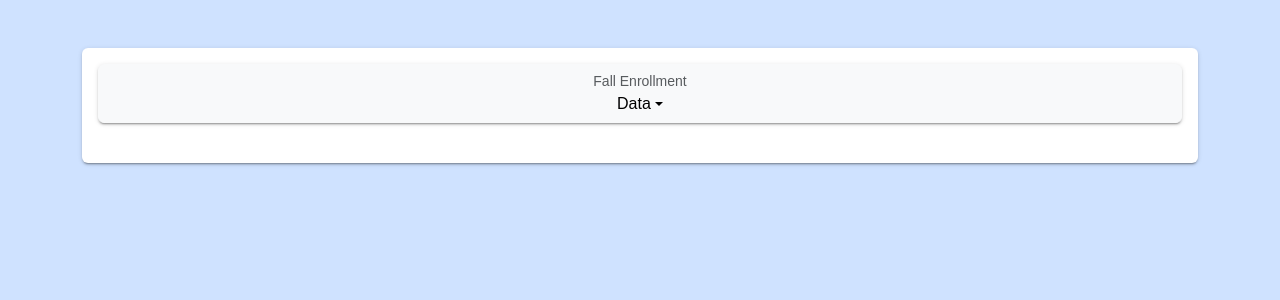
Repository: chancellor-w-whitaker/trying-context
Page: /
These files come from the project's save history. The page is drawn as it stood at one moment and after a run of saves; the edit follows.
The browser window is 1280 px wide. The pictures show the whole page.
The page's requests for data from a server got no answer. Some web fonts or font styles are not loaded; a fallback is used. The project was rebuilt for these pictures with package versions that can differ from the ones it lists, and the page was loaded fresh each time. No one was signed in, and anything a server would have sent is missing. Also part of the build but not shown: vite.config.js.

Above is the page before, as saved 2024-01-14 16:38:08.

### src/main.jsx
// Bootstrap Bundle JS
import "bootstrap/dist/js/bootstrap.bundle.min";
// Bootstrap CSS
import "bootstrap/dist/css/bootstrap.min.css";
import ReactDOM from "react-dom/client";
import React from "react";

import { AppContextProvider } from "./AppContextProvider.jsx";
import { Container } from "./components/Container.jsx";
import App from "./App.jsx";
import "./index.css";

ReactDOM.createRoot(document.getElementById("root")).render(
  <React.StrictMode>
    <Container>
      <AppContextProvider>
        <App />
      </AppContextProvider>
    </Container>
  </React.StrictMode>
);

### src/AppContextProvider.jsx
import { startTransition, useCallback, useState, useMemo } from "react";

import { comparePreviousColumnFilters } from "./functions/comparePreviousColumnFilters";
import { returnColsWithValuesAndType } from "./functions/returnColsWithValuesAndType";
import { buildRelevantColumnFilters } from "./functions/buildRelevantColumnFilters";
import { useBodyBgVariant } from "./hooks/useBodyBgVariant";
import { AppContext } from "./contexts/AppContext";
import { fileNames } from "./constants/fileNames";
import { useJSON } from "./hooks/useJSON";

export const AppContextProvider = ({ children }) => {
  const value = useProvideGlobally();

  return <AppContext.Provider value={value}>{children}</AppContext.Provider>;
};

const useProvideGlobally = () => {
  useBodyBgVariant("primary-subtle");

  const [fileName, setFileName] = useState(fileNames[0].id);
  const [columnFilters, setColumnFilters] = useState({});

  const onFileChange = useCallback(
    ({ target: { value } }) => startTransition(() => setFileName(value)),
    [setFileName]
  );

  const onColumnFilterChange = useCallback(
    ({ target: { name: field, value } }) =>
      startTransition(() =>
        setColumnFilters((previousState) => {
          // destructure top object (looks like { field1: {}, field2: {}, ... })
          const nextState = { ...previousState };
          // destructure field object (looks like { checklist: {}, relevant })
          nextState[field] = { ...nextState[field] };
          // destructure checklist (looks like { value1: {}, value2: {}, ... })
          nextState[field].checklist = { ...nextState[field].checklist };

          const { relevant, checked } = nextState[field].checklist[value];
          // create new object for value and flip checked state
          nextState[field].checklist[value] = { checked: !checked, relevant };

          return nextState;
        })
      ),
    []
  );

  const onBeforeEnd = useCallback((json, setResult) => {
    const columns = returnColsWithValuesAndType(json);

    setColumnFilters((previousColumnFilters) => {
      const relevantColumnFilters = buildRelevantColumnFilters(columns);

      comparePreviousColumnFilters(
        previousColumnFilters,
        relevantColumnFilters
      );

      return relevantColumnFilters;
    });

    // object that maps key (field) to checklist
    // checklist: { type, list }
    // field (string)
    // type (string) ("checkbox" or "radio")
    // list: [{}, {}, {}] (or what about an object that maps value to item state? that might solve indexing issues deriving from managing arrays in state)
    // list element: { value, checked, disabled (or relevant, or just something to describe relevance to dataset) }

    // in the future, may need something to describe relevance to filtered dataset
    // remember, this operation doesn't have to be run until you close (or maybe even open) a checklist
    // and what about sorting a list by relevance when opening a checklist? should this be a stateful or visual operation?
    // making it stateful would probably make updating the state of the item easier because the item's index in the list wouldn't change

    setResult(json);
  }, []);

  const data = useJSON(`data/${fileName}.json`, onBeforeEnd);

  const dropdownMenuStyle = useMemo(() => ({ maxHeight: 300 }), []);

  return {
    onColumnFilterChange,
    dropdownMenuStyle,
    columnFilters,
    onFileChange,
    fileName,
    data,
  };
};

### src/components/Container.jsx
export const Container = ({ children }) => {
  return (
    <>
      <main className="container">
        <div className="my-3 p-3 bg-body rounded shadow-sm">{children}</div>
      </main>
    </>
  );
};

### src/App.jsx
import {
  DropdownButton,
  ListGroupItem,
  DropdownMenu,
  ListGroup,
  Dropdown,
} from "./components/ListComps";
import { useAppContext } from "./hooks/useAppContext";
import { toTitleCase } from "./functions/toTitleCase";
import { fileNames } from "./constants/fileNames";
import "./App.css";

const App = () => {
  const {
    onColumnFilterChange,
    dropdownMenuStyle,
    columnFilters,
    onFileChange,
    fileName,
  } = useAppContext();

  return (
    <>
      <div className="d-flex flex-column gap-4">
        <div className="d-flex flex-wrap gap-3">
          <Dropdown className="col">
            <DropdownButton
              data-bs-auto-close="outside"
              className="w-100 shadow-sm"
              variant="light"
            >
              <small className="d-block text-body-secondary">
                {fileNames.find(({ id }) => id === fileName).displayName}
              </small>
              <span className="dropdown-toggle d-flex align-items-center justify-content-center">
                Data
              </span>
              {/* <span>
                <span className="dropdown-toggle d-flex align-items-center justify-content-center">
                  Data
                </span>
                <small className="d-block text-body-secondary">
                  {fileNames.find(({ id }) => id === fileName).displayName}
                </small>
              </span> */}
            </DropdownButton>
            <DropdownMenu
              className="shadow-sm overflow-y-scroll"
              style={dropdownMenuStyle}
            >
              <ListGroup className="list-group-flush">
                {fileNames.map(({ displayName, id }) => (
                  <ListGroupItem
                    checked={id === fileName}
                    onChange={onFileChange}
                    className="border-0"
                    type="radio"
                    name="file"
                    value={id}
                    key={id}
                  >
                    {displayName}
                  </ListGroupItem>
                ))}
              </ListGroup>
            </DropdownMenu>
          </Dropdown>
        </div>
        <div className="d-flex flex-wrap gap-3">
          {Object.entries(columnFilters).map(
            ([field, { relevant: fieldRelevance, checklist }]) =>
              fieldRelevance && (
                <Dropdown className="col" key={field}>
                  <DropdownButton
                    className="w-100 shadow-sm d-flex align-items-center justify-content-center"
                    data-bs-auto-close="outside"
                    variant="light"
                  >
                    {toTitleCase(field)}
                  </DropdownButton>
                  <DropdownMenu
                    className="shadow-sm overflow-y-scroll"
                    style={dropdownMenuStyle}
                  >
                    <ListGroup className="list-group-flush">
                      {Object.entries(checklist).map(
                        ([value, { relevant: valueRelevance, checked }]) => (
                          <ListGroupItem
                            className={`border-0${
                              !valueRelevance ? " opacity-50" : ""
                            }`}
                            onChange={onColumnFilterChange}
                            checked={checked}
                            type="checkbox"
                            value={value}
                            name={field}
                            key={value}
                          >
                            {value}
                          </ListGroupItem>
                        )
                      )}
                    </ListGroup>
                  </DropdownMenu>
                </Dropdown>
              )
          )}
        </div>
      </div>
    </>
  );
};

export default App;

### src/index.css
@font-face {
  font-family: poppins;
  font-style: normal;
  font-weight: 400;
  src: local("Poppins"),
    url(https://fonts.cdnfonts.com/s/16009/Poppins-Regular.woff) format("woff");
}
@font-face {
  font-family: poppins;
  font-style: normal;
  font-weight: 400;
  src: local("Poppins"),
    url(https://fonts.cdnfonts.com/s/16009/Poppins-Regular.woff) format("woff");
}
@font-face {
  font-family: poppins;
  font-style: italic;
  font-weight: 400;
  src: local("Poppins"),
    url(https://fonts.cdnfonts.com/s/16009/Poppins-Italic.woff) format("woff");
}
@font-face {
  font-family: poppins;
  font-style: italic;
  font-weight: 400;
  src: local("Poppins"),
    url(https://fonts.cdnfonts.com/s/16009/Poppins-Italic.woff) format("woff");
}
@font-face {
  font-family: poppins;
  font-style: normal;
  font-weight: 250;
  src: local("Poppins"),
    url(https://fonts.cdnfonts.com/s/16009/Poppins-Thin.woff) format("woff");
}
@font-face {
  font-family: poppins;
  font-style: normal;
  font-weight: 250;
  src: local("Poppins"),
    url(https://fonts.cdnfonts.com/s/16009/Poppins-Thin.woff) format("woff");
}
@font-face {
  font-family: poppins;
  font-style: italic;
  font-weight: 250;
  src: local("Poppins"),
    url(https://fonts.cdnfonts.com/s/16009/Poppins-ThinItalic.woff)
      format("woff");
}
@font-face {
  font-family: poppins;
  font-style: italic;
  font-weight: 250;
  src: local("Poppins"),
    url(https://fonts.cdnfonts.com/s/16009/Poppins-ThinItalic.woff)
      format("woff");
}
@font-face {
  font-family: poppins;
  font-style: normal;
  font-weight: 275;
  src: local("Poppins"),
    url(https://fonts.cdnfonts.com/s/16009/Poppins-ExtraLight.woff)
      format("woff");
}
@font-face {
  font-family: poppins;
  font-style: normal;
  font-weight: 275;
  src: local("Poppins"),
    url(https://fonts.cdnfonts.com/s/16009/Poppins-ExtraLight.woff)
      format("woff");
}
@font-face {
  font-family: poppins;
  font-style: italic;
  font-weight: 275;
  src: local("Poppins"),
    url(https://fonts.cdnfonts.com/s/16009/Poppins-ExtraLightItalic.woff)
      format("woff");
}
@font-face {
  font-family: poppins;
  font-style: italic;
  font-weight: 275;
  src: local("Poppins"),
    url(https://fonts.cdnfonts.com/s/16009/Poppins-ExtraLightItalic.woff)
      format("woff");
}
@font-face {
  font-family: poppins;
  font-style: normal;
  font-weight: 300;
  src: local("Poppins"),
    url(https://fonts.cdnfonts.com/s/16009/Poppins-Light.woff) format("woff");
}
@font-face {
  font-family: poppins;
  font-style: normal;
  font-weight: 300;
  src: local("Poppins"),
    url(https://fonts.cdnfonts.com/s/16009/Poppins-Light.woff) format("woff");
}
@font-face {
  font-family: poppins;
  font-style: italic;
  font-weight: 300;
  src: local("Poppins"),
    url(https://fonts.cdnfonts.com/s/16009/Poppins-LightItalic.woff)
      format("woff");
}
@font-face {
  font-family: poppins;
  font-style: italic;
  font-weight: 300;
  src: local("Poppins"),
    url(https://fonts.cdnfonts.com/s/16009/Poppins-LightItalic.woff)
      format("woff");
}
@font-face {
  font-family: poppins;
  font-style: normal;
  font-weight: 500;
  src: local("Poppins"),
    url(https://fonts.cdnfonts.com/s/16009/Poppins-Medium.woff) format("woff");
}
@font-face {
  font-family: poppins;
  font-style: normal;
  font-weight: 500;
  src: local("Poppins"),
    url(https://fonts.cdnfonts.com/s/16009/Poppins-Medium.woff) format("woff");
}
@font-face {
  font-family: poppins;
  font-style: italic;
  font-weight: 500;
  src: local("Poppins"),
    url(https://fonts.cdnfonts.com/s/16009/Poppins-MediumItalic.woff)
      format("woff");
}
@font-face {
  font-family: poppins;
  font-style: italic;
  font-weight: 500;
  src: local("Poppins"),
    url(https://fonts.cdnfonts.com/s/16009/Poppins-MediumItalic.woff)
      format("woff");
}
@font-face {
  font-family: poppins;
  font-style: normal;
  font-weight: 600;
  src: local("Poppins"),
    url(https://fonts.cdnfonts.com/s/16009/Poppins-SemiBold.woff) format("woff");
}
@font-face {
  font-family: poppins;
  font-style: normal;
  font-weight: 600;
  src: local("Poppins"),
    url(https://fonts.cdnfonts.com/s/16009/Poppins-SemiBold.woff) format("woff");
}
@font-face {
  font-family: poppins;
  font-style: italic;
  font-weight: 600;
  src: local("Poppins"),
    url(https://fonts.cdnfonts.com/s/16009/Poppins-SemiBoldItalic.woff)
      format("woff");
}
@font-face {
  font-family: poppins;
  font-style: italic;
  font-weight: 600;
  src: local("Poppins"),
    url(https://fonts.cdnfonts.com/s/16009/Poppins-SemiBoldItalic.woff)
      format("woff");
}
@font-face {
  font-family: poppins;
  font-style: normal;
  font-weight: 700;
  src: local("Poppins"),
    url(https://fonts.cdnfonts.com/s/16009/Poppins-Bold.woff) format("woff");
}
@font-face {
  font-family: poppins;
  font-style: normal;
  font-weight: 700;
  src: local("Poppins"),
    url(https://fonts.cdnfonts.com/s/16009/Poppins-Bold.woff) format("woff");
}
@font-face {
  font-family: poppins;
  font-style: italic;
  font-weight: 700;
  src: local("Poppins"),
    url(https://fonts.cdnfonts.com/s/16009/Poppins-BoldItalic.woff)
      format("woff");
}
@font-face {
  font-family: poppins;
  font-style: italic;
  font-weight: 700;
  src: local("Poppins"),
    url(https://fonts.cdnfonts.com/s/16009/Poppins-BoldItalic.woff)
      format("woff");
}
@font-face {
  font-family: poppins;
  font-style: normal;
  font-weight: 800;
  src: local("Poppins"),
    url(https://fonts.cdnfonts.com/s/16009/Poppins-ExtraBold.woff)
      format("woff");
}
@font-face {
  font-family: poppins;
  font-style: normal;
  font-weight: 800;
  src: local("Poppins"),
    url(https://fonts.cdnfonts.com/s/16009/Poppins-ExtraBold.woff)
      format("woff");
}
@font-face {
  font-family: poppins;
  font-style: italic;
  font-weight: 800;
  src: local("Poppins"),
    url(https://fonts.cdnfonts.com/s/16009/Poppins-ExtraBoldItalic.woff)
      format("woff");
}
@font-face {
  font-family: poppins;
  font-style: italic;
  font-weight: 800;
  src: local("Poppins"),
    url(https://fonts.cdnfonts.com/s/16009/Poppins-ExtraBoldItalic.woff)
      format("woff");
}
@font-face {
  font-family: poppins;
  font-style: normal;
  font-weight: 900;
  src: local("Poppins"),
    url(https://fonts.cdnfonts.com/s/16009/Poppins-Black.woff) format("woff");
}
@font-face {
  font-family: poppins;
  font-style: normal;
  font-weight: 900;
  src: local("Poppins"),
    url(https://fonts.cdnfonts.com/s/16009/Poppins-Black.woff) format("woff");
}
@font-face {
  font-family: poppins;
  font-style: italic;
  font-weight: 900;
  src: local("Poppins"),
    url(https://fonts.cdnfonts.com/s/16009/Poppins-BlackItalic.woff)
      format("woff");
}
@font-face {
  font-family: poppins;
  font-style: italic;
  font-weight: 900;
  src: local("Poppins"),
    url(https://fonts.cdnfonts.com/s/16009/Poppins-BlackItalic.woff)
      format("woff");
}

:root,
[data-bs-theme="light"] {
  --bs-font-sans-serif: "Poppins", sans-serif;

  --bs-box-shadow: 0px 3px 3px -2px rgba(0, 0, 0, 0.2),
    0px 3px 4px 0px rgba(0, 0, 0, 0.14), 0px 1px 8px 0px rgba(0, 0, 0, 0.12);
  --bs-box-shadow-sm: 0px 3px 1px -2px rgba(0, 0, 0, 0.2),
    0px 2px 2px 0px rgba(0, 0, 0, 0.14), 0px 1px 5px 0px rgba(0, 0, 0, 0.12);
  --bs-box-shadow-lg: 0px 2px 4px -1px rgba(0, 0, 0, 0.2),
    0px 4px 5px 0px rgba(0, 0, 0, 0.14), 0px 1px 10px 0px rgba(0, 0, 0, 0.12);
}

body {
  overflow-y: scroll;
}

.hide-dropdown-toggle::after {
  display: none;
}

### src/functions/comparePreviousColumnFilters.js
export const comparePreviousColumnFilters = (previousState, nextState) => {
  Object.entries(previousState).forEach(([field, { checklist }]) => {
    if (!(field in nextState)) {
      nextState[field] = {
        checklist: Object.fromEntries(
          Object.entries(checklist).map(([value, { checked }]) => [
            value,
            { relevant: false, checked },
          ])
        ),
        relevant: false,
      };
    } else {
      Object.entries(checklist).forEach(([value, { checked }]) => {
        const nextChecklist = nextState[field].checklist;

        if (value in nextChecklist) {
          nextChecklist[value].checked = checked;
        } else {
          nextChecklist[value] = { relevant: false, checked };
        }
      });
    }
  });
};

### src/functions/returnColsWithValuesAndType.js
const loopDataAndDeriveColProperties = (data) => {
  const fieldToColumn = {};

  data.forEach((row) => {
    Object.keys(row).forEach((field) => {
      if (!(field in fieldToColumn)) {
        fieldToColumn[field] = { values: new Set(), types: {} };
      }

      const { values, types } = fieldToColumn[field];

      const value = row[field];
      values.add(value);

      const type = typeof value;
      if (!(type in types)) types[type] = 0;
      types[type] += 1;
    });
  });

  return fieldToColumn;
};

export const returnColsWithValuesAndType = (data) => {
  const fieldToColumn = loopDataAndDeriveColProperties(data);

  return Object.entries(fieldToColumn).map(([field, { values, types }]) => ({
    type: Object.entries(types)
      .sort((arrA, arrB) => arrB[1] - arrA[1])
      .find(([type]) => type === "string" || type === "number")[0],
    values: [...values].sort(),
    field,
  }));
};

### src/functions/buildRelevantColumnFilters.js
export const buildRelevantColumnFilters = (columns) => {
  return Object.fromEntries(
    columns
      .filter(({ type }) => type === "string")
      .map(({ values, field }) => [
        field,
        {
          checklist: Object.fromEntries(
            values.map((value) => [value, { relevant: true, checked: true }])
          ),
          relevant: true,
        },
      ])
  );
};

### src/hooks/useBodyBgVariant.jsx
import { useEffect } from "react";

export const useBodyBgVariant = (variant) => {
  useEffect(() => {
    document.body.classList.add(`bg-${variant}`);

    return () => {
      document.body.classList.remove(`bg-${variant}`);
    };
  }, [variant]);
};

### src/constants/fileNames.js
export const fileNames = [
  { displayName: "Fall Enrollment", id: "fall" },
  { displayName: "Spring Enrollment", id: "spring" },
  { displayName: "Summer Enrollment", id: "summer" },
  { displayName: "Degrees Awarded", id: "degrees" },
  { displayName: "Retention Rates", id: "retention" },
  { displayName: "Graduation Rates", id: "graduation" },
  { displayName: "Credit Hours", id: "hours" },
];

### src/hooks/useJSON.jsx
import { useEffect } from "react";
import { useState } from "react";

export const useJSON = (url, onBeforeEnd) => {
  const [result, setResult] = useState(null);

  useEffect(() => {
    if (url) {
      let ignore = false;

      fetch(url)
        .then((response) => response.json())
        .then((json) => {
          if (!ignore) {
            typeof onBeforeEnd === "function"
              ? onBeforeEnd(json, setResult)
              : setResult(json);
          }
        });

      return () => {
        ignore = true;
      };
    }
  }, [url, onBeforeEnd]);

  return result;
};

### src/components/ListComps.jsx
import { memo } from "react";

export const Dropdown = ({ className = "", ...rest }) => {
  return (
    <>
      <div className={`dropdown ${className}`.trimEnd()} {...rest}></div>
    </>
  );
};

export const DropdownButton = memo(
  ({ variant = "secondary", className = "", ...rest }) => {
    return (
      <>
        <button
          className={`btn btn-${variant} hide-dropdown-toggle dropdown-toggle ${className}`.trimEnd()}
          {...rest}
          data-bs-toggle="dropdown"
          aria-expanded="false"
          type="button"
        ></button>
      </>
    );
  }
);

DropdownButton.displayName = "DropdownButton";

export const DropdownToggle = ({ className = "", ...rest }) => {
  return (
    <>
      <span
        className={`dropdown-toggle d-flex align-items-center justify-content-center ${className}`.trimEnd()}
        {...rest}
      ></span>
    </>
  );
};

export const DropdownMenu = ({ className = "", ...rest }) => {
  return (
    <>
      <ul className={`dropdown-menu ${className}`.trimEnd()} {...rest}></ul>
    </>
  );
};

export const ListGroup = ({ className = "", ...rest }) => {
  return (
    <>
      <div className={`list-group ${className}`.trimEnd()} {...rest}></div>
    </>
  );
};

export const ListGroupItem = memo(
  ({
    type = "checkbox",
    className = "",
    onChange,
    children,
    checked,
    value,
    name,
  }) => {
    return (
      <>
        <label
          className={`list-group-item d-flex gap-2 ${className}`.trimEnd()}
        >
          <input
            className="form-check-input flex-shrink-0"
            {...{ onChange, checked, value, type, name }}
          />
          <span>{children}</span>
        </label>
      </>
    );
  }
);

ListGroupItem.displayName = "ListGroupItem";

### src/hooks/useAppContext.jsx
import { useContext } from "react";

import { AppContext } from "../contexts/AppContext";

export const useAppContext = () => useContext(AppContext);

### src/functions/toTitleCase.js
import { Str } from "@supercharge/strings";

export const toTitleCase = (string) => Str(string).pascal().words().join(" ");

Loaded but not shown: index.html (common file); src/contexts/AppContext.jsx (common file); src/App.css (common file)

After the next 2 saves:
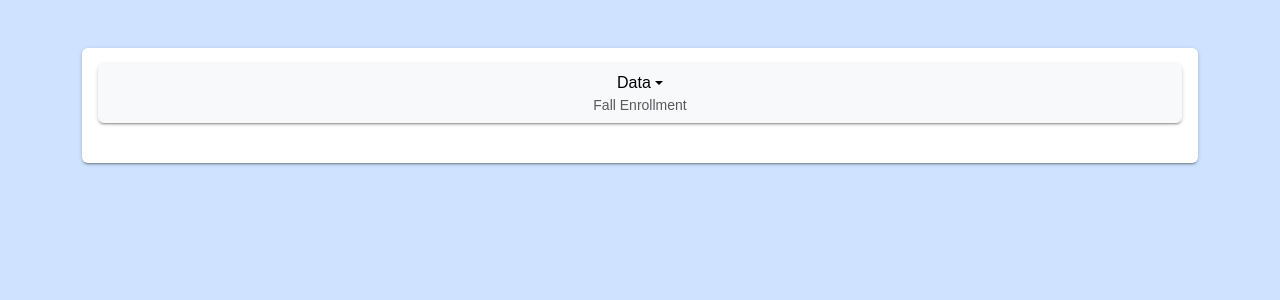
The 2 saves are shown as one change because they came seconds apart.
The last was saved 40 s later.
--- a/src/App.jsx
+++ b/src/App.jsx
@@ -1,5 +1,6 @@
 import {
   DropdownButton,
+  DropdownToggle,
   ListGroupItem,
   DropdownMenu,
   ListGroup,
@@ -29,12 +30,10 @@ const App = () => {
               className="w-100 shadow-sm"
               variant="light"
             >
+              <DropdownToggle>Data</DropdownToggle>
               <small className="d-block text-body-secondary">
                 {fileNames.find(({ id }) => id === fileName).displayName}
               </small>
-              <span className="dropdown-toggle d-flex align-items-center justify-content-center">
-                Data
-              </span>
               {/* <span>
                 <span className="dropdown-toggle d-flex align-items-center justify-content-center">
                   Data
